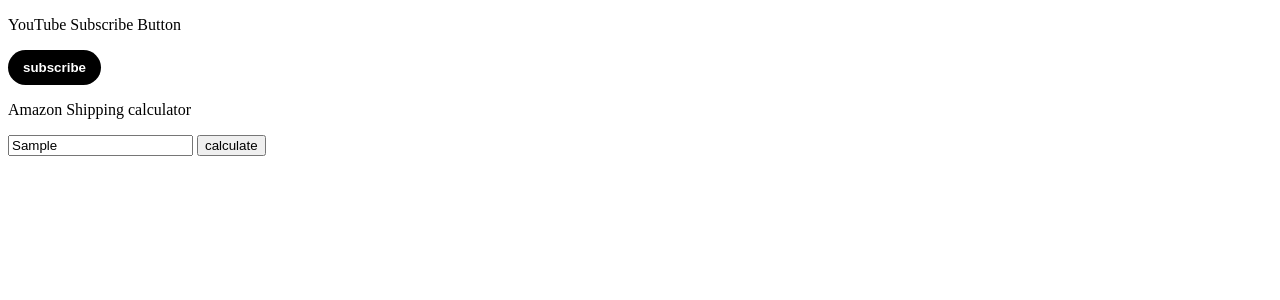
Repository: Samkiroko/Javascript-course
Page: 10-dom-project copy.html
These files come from the project's save history. The page is drawn as it stood at one moment and after the next save; the edit follows.
The browser window is 1280 px wide. The pictures show the whole page.
Empty fields were first filled with sample values (such as "Sample", 5 or name@example.com).
After loading, the first visible `button.js-subscribe` was clicked once.

Above is the page before, as saved 2023-08-28 10:11:49.

After the next save:
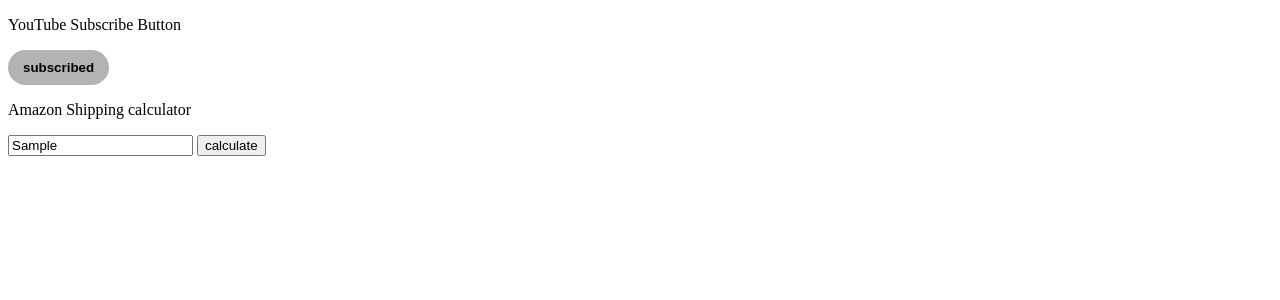
Saved 112 s later.
--- a/10-dom-project copy.html
+++ b/10-dom-project copy.html
@@ -61,7 +61,7 @@
       function subscribe() {
         const buttonElement = document.querySelector('.js-subscribe');
 
-        if (buttonElement.innerText === 'subscribe') {
+        if (buttonElement.innerText === 'Subscribe') {
           buttonElement.innerText = 'subscribed';
           buttonElement.classList.add('is-subscribed');
         } else {
